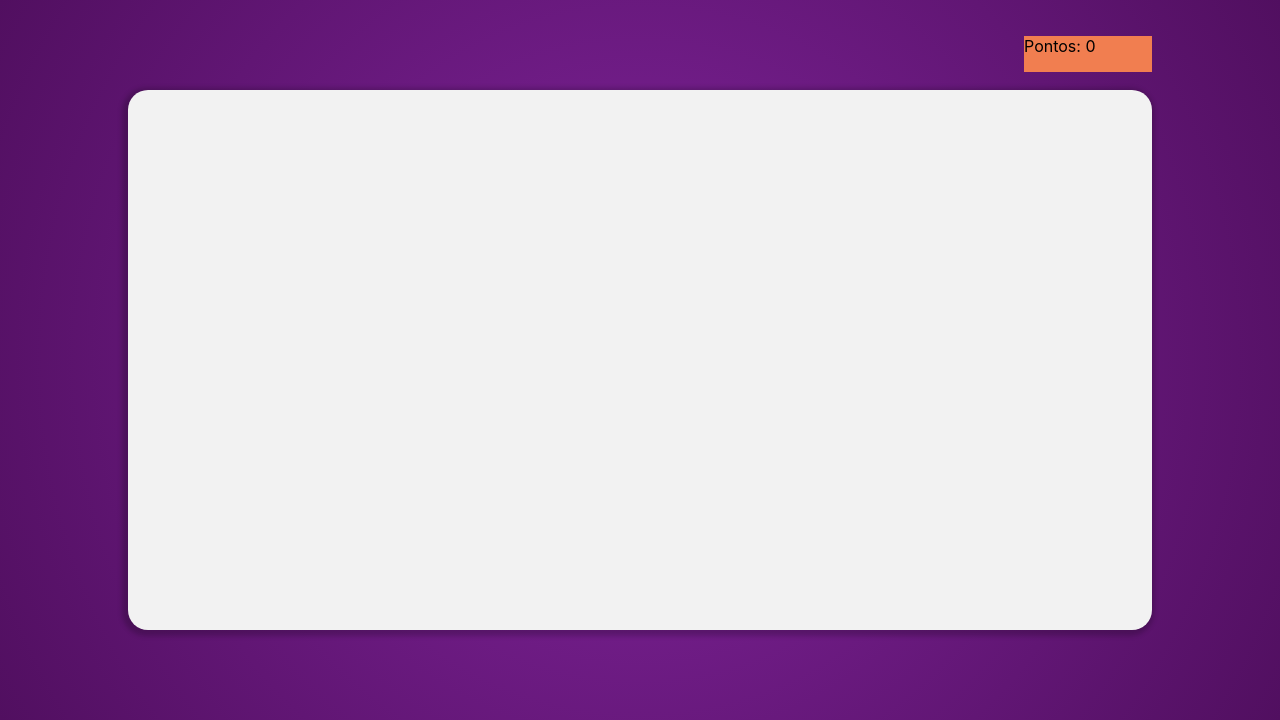
Repository: gabrielejandres/bd-final-project
Page: /play (app in frontend/)
These files come from the project's save history. The page is drawn as it stood at one moment and after the next save; the edit follows.
The browser window is 1280 px wide. The pictures show the whole page.
The project was rebuilt for these pictures with package versions that can differ from the ones it lists, and the page was loaded fresh each time. Also part of the build but not shown: frontend/src/App.css, frontend/src/components/Button/index.jsx, frontend/src/components/Logo/style.css, frontend/src/components/Logo/index.jsx, frontend/src/components/Footer/Login/index.jsx, frontend/src/pages/Login/index.jsx, frontend/src/components/Footer/Home/style.css, frontend/src/components/Footer/Home/index.jsx and 1 more.

Above is the page before, as saved 2022-03-05 21:31:00.

After the next save:
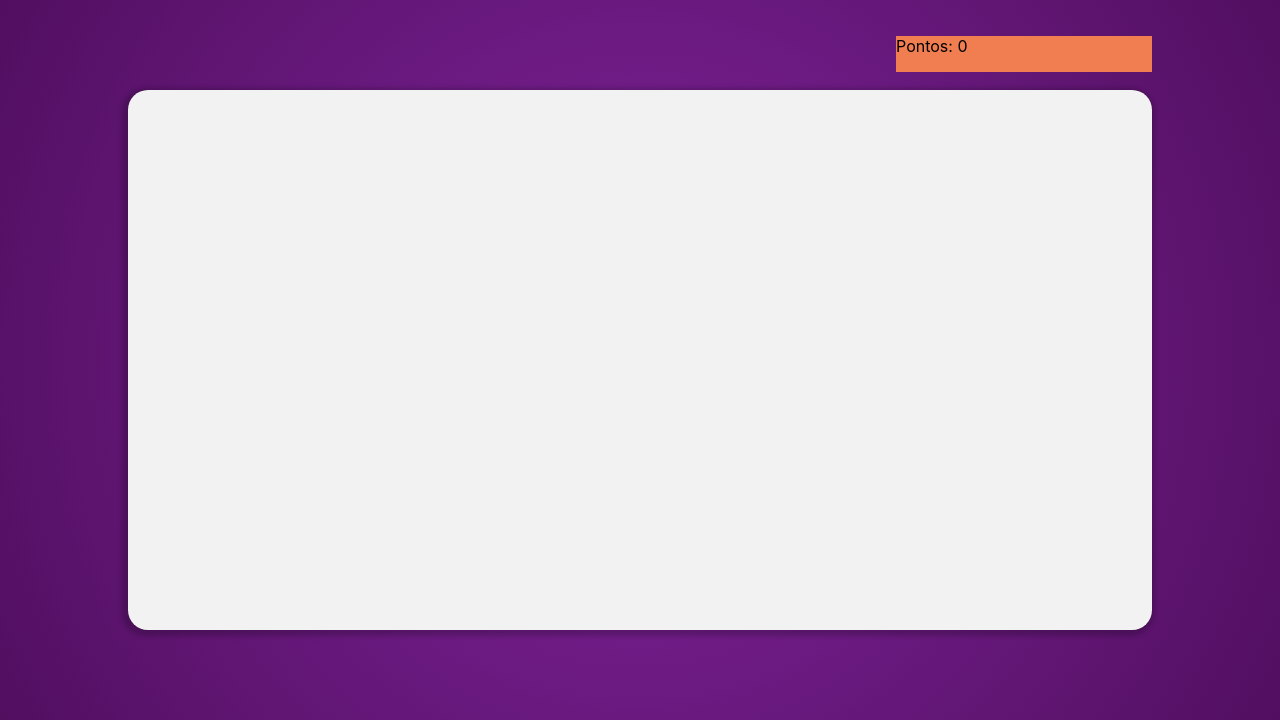
Saved 20 s later.
--- a/frontend/src/pages/Play/style.css
+++ b/frontend/src/pages/Play/style.css
@@ -14,7 +14,7 @@
   position: absolute;
   right: 10vw;
   top: 5vh;
-  width: 10vw;
+  width: 20vw;
   height: 5vh;
   background-color: var(--color-brand-secondary);
 }
